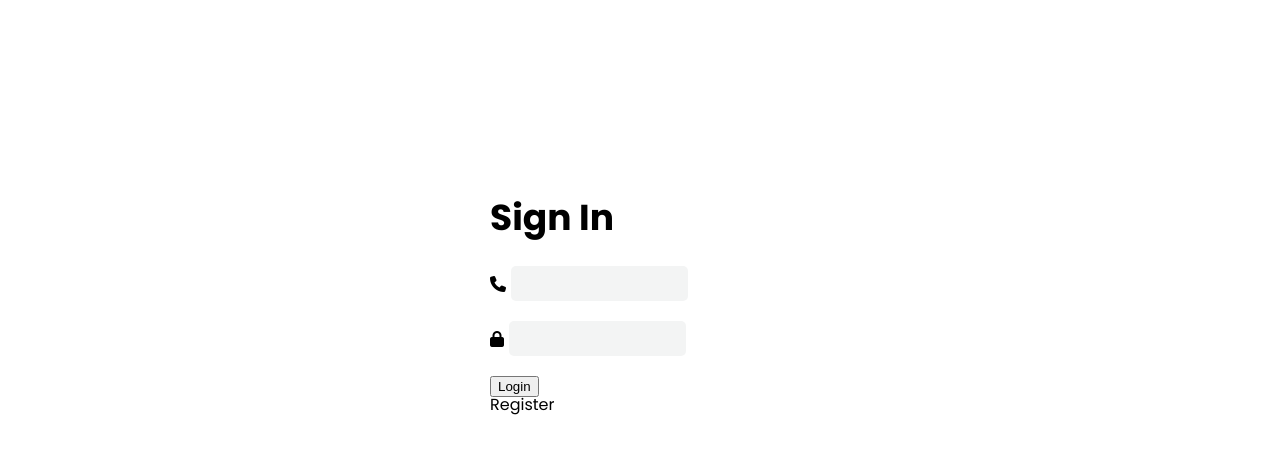
Repository: haphuocsang1801/github-group4
Page: login.html
An editor plug-in stored every save of this project. The page is shown before and after a run of saves, followed by the edit.
The browser window is 1280 px wide. The pictures show the whole page.
Some web libraries are served in a nearby version. The style sheet was rebuilt from its Sass, Less or Tailwind sources for each picture, by a compiler version that may differ from the author's.

Above is the page before, as saved 2021-09-17 16:26:29.

After the next 2 saves:
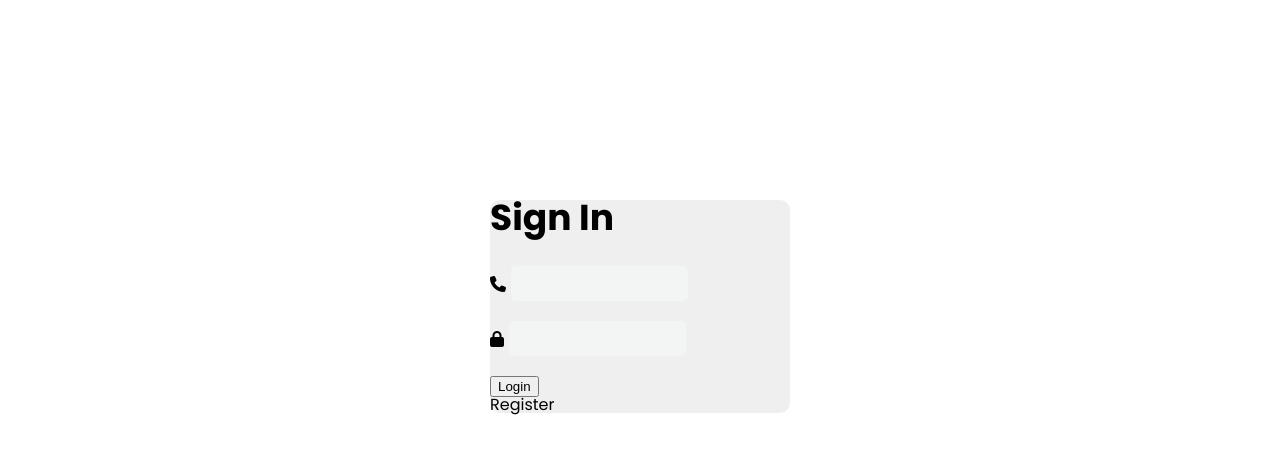
The 2 saves are shown as one change because they came seconds apart.
The last was saved 7 s later.
--- a/scss/_login.scss
+++ b/scss/_login.scss
@@ -18,3 +18,10 @@
     border-radius: 5px;
   }
 }
+.container-login{
+    align-items: center;
+    width: 300px;
+    height: auto;
+    border-radius: 10px;
+    background-color: #eeee;
+}
